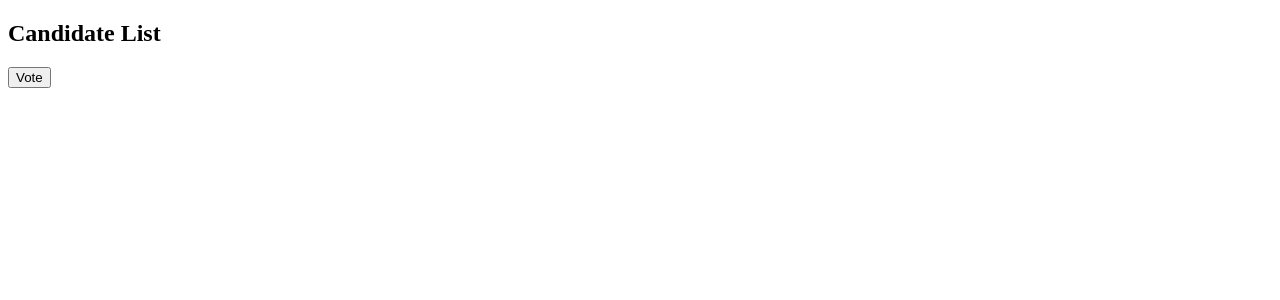
Repository: sunbeam-modular/IIT-08-B-Java
Page: http://localhost/demo02/candlist.jsp
The author's editor kept a copy of each file at every save. The page is drawn from the files as they stood at one save, then again after the next save.
The browser window is 1280 px wide. The pictures show the whole page.
The page is served by Tomcat 9. Queries for data that is not in the repository find no rows.

Above is the page before, as saved 2025-12-25 04:27:57.

After the next save:
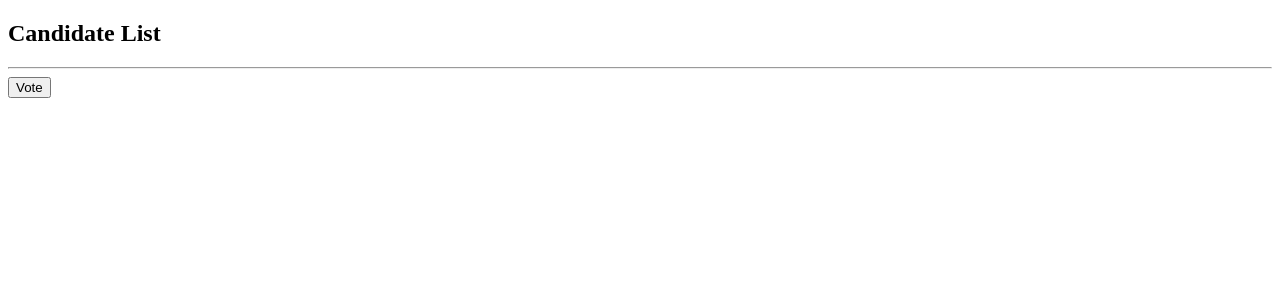
Saved 6 s later.
--- a/Day09/codes/day4/demo02/src/main/webapp/candlist.jsp
+++ b/Day09/codes/day4/demo02/src/main/webapp/candlist.jsp
@@ -8,7 +8,7 @@
 <title>Insert title here</title>
 </head>
 <body>
-<h2>Candidate List</h2>
+<h2>Candidate List</h2><hr/>
 <jsp:useBean id="clb" class = "com.sunbeam.beans.CandidateListBean"/>
 ${clb.fetchCandidates()}
 <form method = "post" action = "vote.jsp">

After the save that followed:
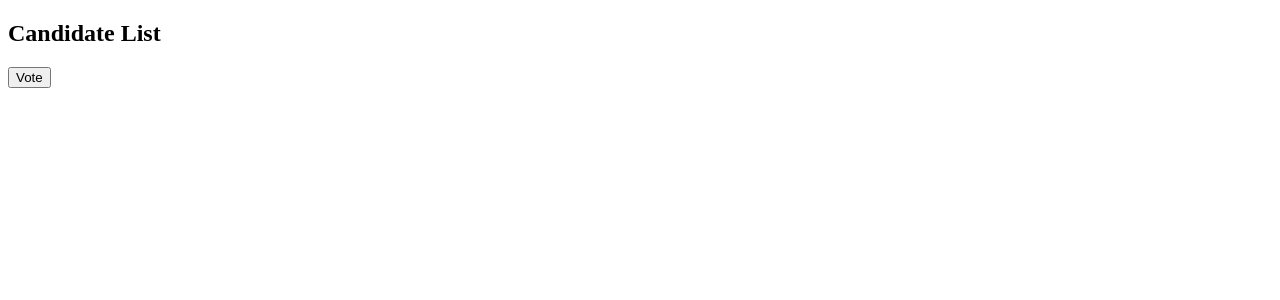
Saved 71 s later.
--- a/Day09/codes/day4/demo02/src/main/webapp/candlist.jsp
+++ b/Day09/codes/day4/demo02/src/main/webapp/candlist.jsp
@@ -8,7 +8,10 @@
 <title>Insert title here</title>
 </head>
 <body>
-<h2>Candidate List</h2><hr/>
+<h2>Candidate List</h2>
+
+<jsp:useBean id="lb" class = "com.sunbeam.beans.LoginBean"/>
+
 <jsp:useBean id="clb" class = "com.sunbeam.beans.CandidateListBean"/>
 ${clb.fetchCandidates()}
 <form method = "post" action = "vote.jsp">
